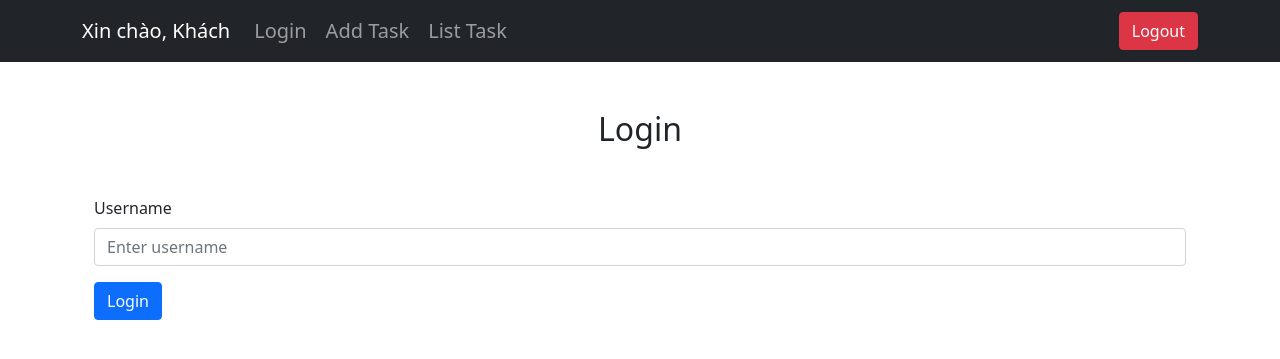
Repository: Lemon-ooo/PersonalTaskManager
Page: /login
The author's editor kept a copy of each file at every save. The page is drawn from the files as they stood at one save, then again after the next save.
The browser window is 1280 px wide. The pictures show the whole page.
The project was rebuilt for these pictures with package versions that can differ from the ones it lists, and the page was loaded fresh each time. Also part of the build but not shown: vite.config.ts, src/services/task.ts, src/hooks/useTask.ts, src/page/TaskList.tsx, src/components/TaskForm.tsx, src/page/TaskAdd.tsx, src/page/TaskEdit.tsx, src/page/TaskStatistics.tsx.

Above is the page before, as saved 2025-07-27 03:43:21.

### index.html
<!DOCTYPE html>
<html lang="en">
  <head>
    <meta charset="UTF-8" />
    <link rel="icon" type="image/svg+xml" href="/vite.svg" />
    <meta name="viewport" content="width=device-width, initial-scale=1.0" />
    <title>WEB209 REACT - HOADV</title>
    <link
      href="https://cdn.jsdelivr.net/npm/bootstrap@5.0.2/dist/css/bootstrap.min.css"
      rel="stylesheet"
      integrity="sha384-EVSTQN3/azprG1Anm3QDgpJLIm9Nao0Yz1ztcQTwFspd3yD65VohhpuuCOmLASjC"
      crossorigin="anonymous"
    />
  </head>
  <body>
    <div id="root"></div>
    <script type="module" src="/src/main.tsx"></script>
  </body>
</html>

### src/App.tsx
import { Toaster } from "react-hot-toast";
import { Link, useRoutes } from "react-router-dom";
import TaskList from "./page/TaskList";
import Login from "./page/Login";
import TaskAdd from "./page/TaskAdd";
import TaskEdit from "./page/TaskEdit";
import TaskStatistics from "./page/TaskStatistics";

function App() {
  const routes = useRoutes([
    { path: "/", element: <TaskList /> },
    { path: "login", element: <Login /> },
    { path: "tasks/list", element: <TaskList /> },
    { path: "tasks/add", element: <TaskAdd /> },
    { path: "tasks/edit/:id", element: <TaskEdit /> },
    { path: "tasks/statistics", element: <TaskStatistics /> },
  ]);
  return (
    <>
      <nav className="navbar navbar-dark bg-dark navbar-expand-lg">
        <div className="container">
          <span className="navbar-brand">
            {(() => {
              const stored = localStorage.getItem("user");
              const user = stored ? JSON.parse(stored) : null;
              return `Xin chào, ${user?.username || "Khách"}`;
            })()}
          </span>

          <div className="collapse navbar-collapse" id="navbarNav">
            <ul
              className="navbar-nav me-auto mb-2 mb-lg-0"
              style={{ gap: 3, fontSize: 20 }}
            >
              <li className="nav-item">
                <Link className="nav-link" to="/login">
                  Login
                </Link>
              </li>
              <li className="nav-item">
                <Link className="nav-link" to="/tasks/add">
                  Add Task
                </Link>
              </li>
              <li className="nav-item">
                <Link className="nav-link" to="/tasks/list">
                  List Task
                </Link>
              </li>
            </ul>
          </div>
          <button className="btn btn-danger">Logout</button>
        </div>
      </nav>
      <div className="container">{routes}</div>
      <Toaster />
    </>
  );
}

export default App;

### src/page/Login.tsx
import React from "react";
import AuthForm from "../components/AuthForm";
import { useAuth } from "../hooks/useAuth";
import { User } from "../services/auth";

export default function LoginPage() {
  const { handleLogin } = useAuth();

  const onSubmit = (data: User) => {
    handleLogin(data);
    localStorage.setItem("username", "Tên người dùng đăng nhập");
  };

  return (
    <div className="mt-5">
      <h2 className="text-center">Login</h2>
      <AuthForm onSubmit={onSubmit} />
    </div>
  );
}

### src/components/AuthForm.tsx
import React from "react";
import { useForm } from "react-hook-form";
import { User } from "../services/auth";

type Props = {
  onSubmit: (data: User) => void;
};

export default function AuthForm({ onSubmit }: Props) {
  const { register, handleSubmit } = useForm<User>();

  return (
    <form onSubmit={handleSubmit(onSubmit)} className="container mt-5">
      <div className="mb-3">
        <label htmlFor="username" className="form-label">
          Username
        </label>
        <input
          type="text"
          id="username"
          className="form-control"
          placeholder="Enter username"
          {...register("username", { required: true })}
        />
      </div>

      <button type="submit" className="btn btn-primary">
        Login
      </button>
    </form>
  );
}

### src/hooks/useAuth.ts
import { User } from "../services/auth";
import toast from "react-hot-toast";
import { useNavigate } from "react-router-dom";

export function useAuth() {
  const nav = useNavigate();

  function handleLogin(user: User) {
    localStorage.setItem("user", JSON.stringify(user));
    toast.success("Login successful");
    nav("/");
  }

  function handleLogout() {
    localStorage.removeItem("user");
    toast.success("Logged out");
    nav("/login");
  }

  function getCurrentUser(): User | null {
    const stored = localStorage.getItem("user");
    return stored ? JSON.parse(stored) : null;
  }

  return {
    handleLogin,
    handleLogout,
    getCurrentUser,
  };
}

Loaded but not shown: src/main.tsx (common file); src/index.css (no stored copy; drawn as an empty file)

After the next save:
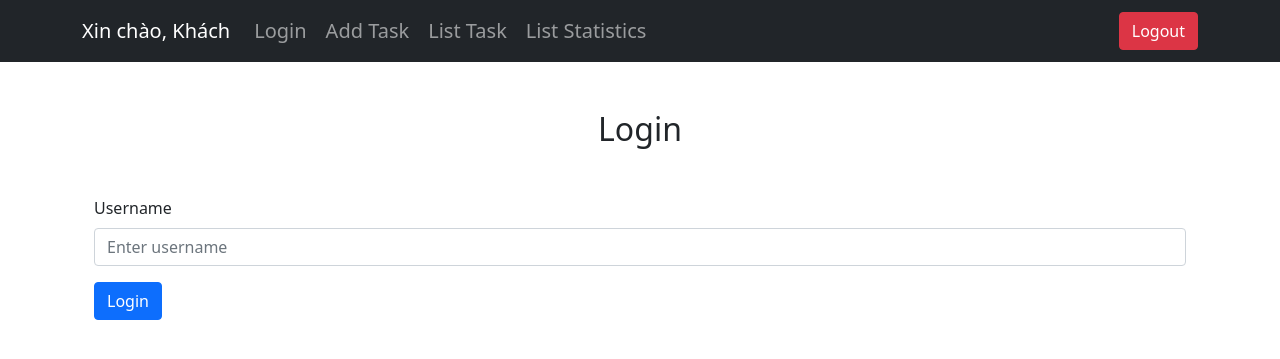
Saved 35 s later.
--- a/src/App.tsx
+++ b/src/App.tsx
@@ -47,6 +47,11 @@ function App() {
                   List Task
                 </Link>
               </li>
+              <li className="nav-item">
+                <Link className="nav-link" to="tasks/statistics">
+                  List Statistics
+                </Link>
+              </li>
             </ul>
           </div>
           <button className="btn btn-danger">Logout</button>
